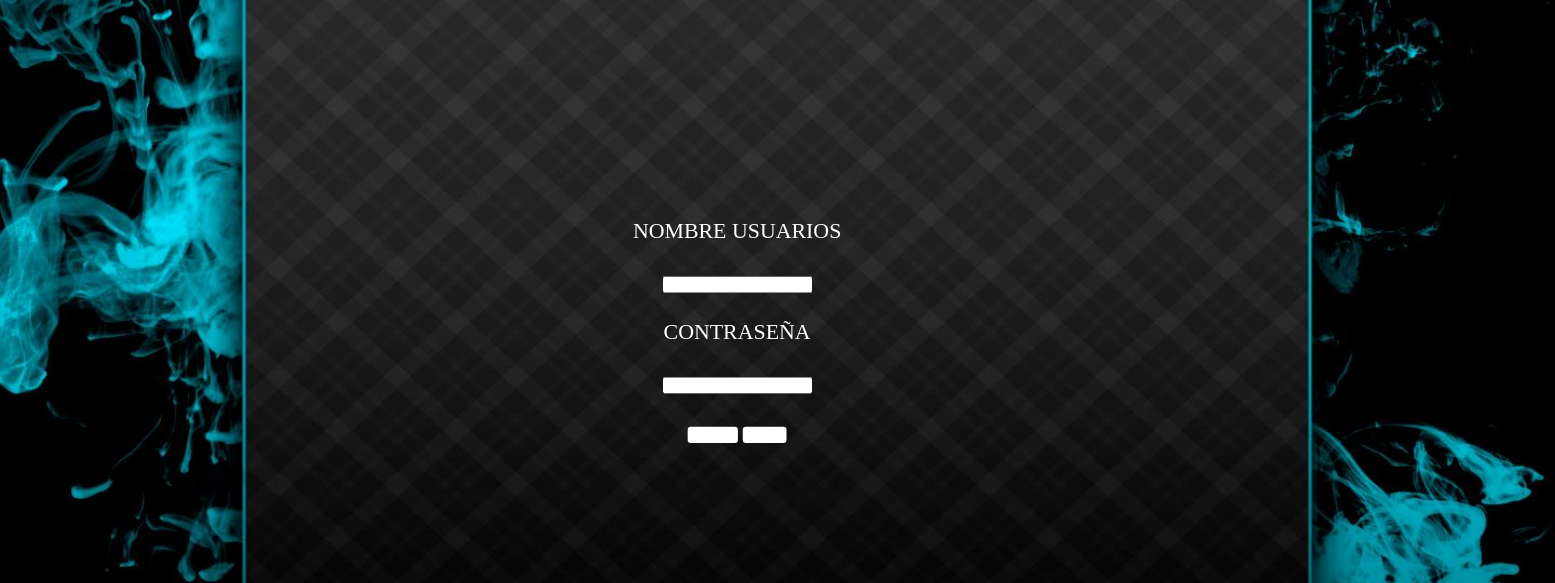
Repository: Gr0ot2/testing
Page: http://localhost/proyecto/acceso_pupilaje.jsp
The author's editor kept a copy of each file at every save. The page is drawn from the files as they stood at one save, then again after the next save.
The browser window is 1920 px wide. The pictures show the whole page, at 81% of full size.
The page is served by Tomcat 9. Other server files are loaded and not shown.

Above is the page before, as saved 2023-05-24 08:01:03.

### proyecto_final/proyecto_final/proyecto/WebContent/acceso_pupilaje.jsp
<%@ page language="java" contentType="text/html; charset=ISO-8859-1"
    pageEncoding="ISO-8859-1"%>
<!DOCTYPE html>
<html>
<head>
<meta charset="ISO-8859-1">
<link href="acceso_pupilaje.css" type="text/css" rel="stylesheet">
<title>Insert title here</title>
</head>
<body>
<form action="acceso_pupilaje" method="post">
<div id="cuestionario">
<label id="label">NOMBRE USUARIOS</label>
<br><br>
<input name="user" type="text"/>
<br><br>
<label id="label">CONTRASEÑA</label>
<br><br>
<input name="password" type="text"/>
<br></br>
 <input name="enviar" type="submit" class="button"/>
 <input name="reset" type="reset" class="button"/>
 </div>
</form>


</body>
</html>

### proyecto_final/proyecto_final/proyecto/WebContent/acceso_pupilaje.css
@charset "ISO-8859-1";
@charset "ISO-8859-1";
@media screen and (max-width: 780px) {
body {
 background-image:url("img/fondo-de-caballos-jugando (1).jpg");

   background-size: cover;
  background-repeat: no-repeat;
  background-position: center top;
    text-decoration: none;
    padding: 20px;
    font-size: 20px;
    text-align: center;
}

#cuestionario{
bottom: 125px;
}

}
@media screen and (min-width:1900px) {
body{
  background-image: url("img/fondo_login.jpg");
  background-position: center top;
  background-repeat: no-repeat;
  background-attachment: fixed;
  background-size: cover;
  margin: 0; /* Asegura que no haya margen en el cuerpo de la página */
  padding: 0; /* Asegura que no haya relleno en el cuerpo de la página */
  text-decoration: none;
    padding: 20px;
    font-size: 20px;
    text-align: center;
    left: 50px;

}

#cuestionario{
position: relative;
top: 250px;
right: 50px;
font-size: 27px;
color: white;
}
.button{
 background-color: white;
  color: #fff;
  border: none;
  border-radius: 4px;
  font-size: 16px;
  cursor: pointer;
}

  }
@media screen and (max-width:1300px) {
body{
  background-image: url("img/fondo_login.jpg");
  background-position: center center;
  background-repeat: no-repeat;
  background-attachment: fixed;
  background-size: cover;
  margin: 0; /* Asegura que no haya margen en el cuerpo de la página */
  padding: 0; /* Asegura que no haya relleno en el cuerpo de la página */
  text-decoration: none;
    padding: 20px;
    font-size: 20px;
    text-align: center;
    left: 50px;

}

#cuestionario{
position: relative;
top: 450px;
right: 15px;
font-size: 25px;
}

  }

After the next save:
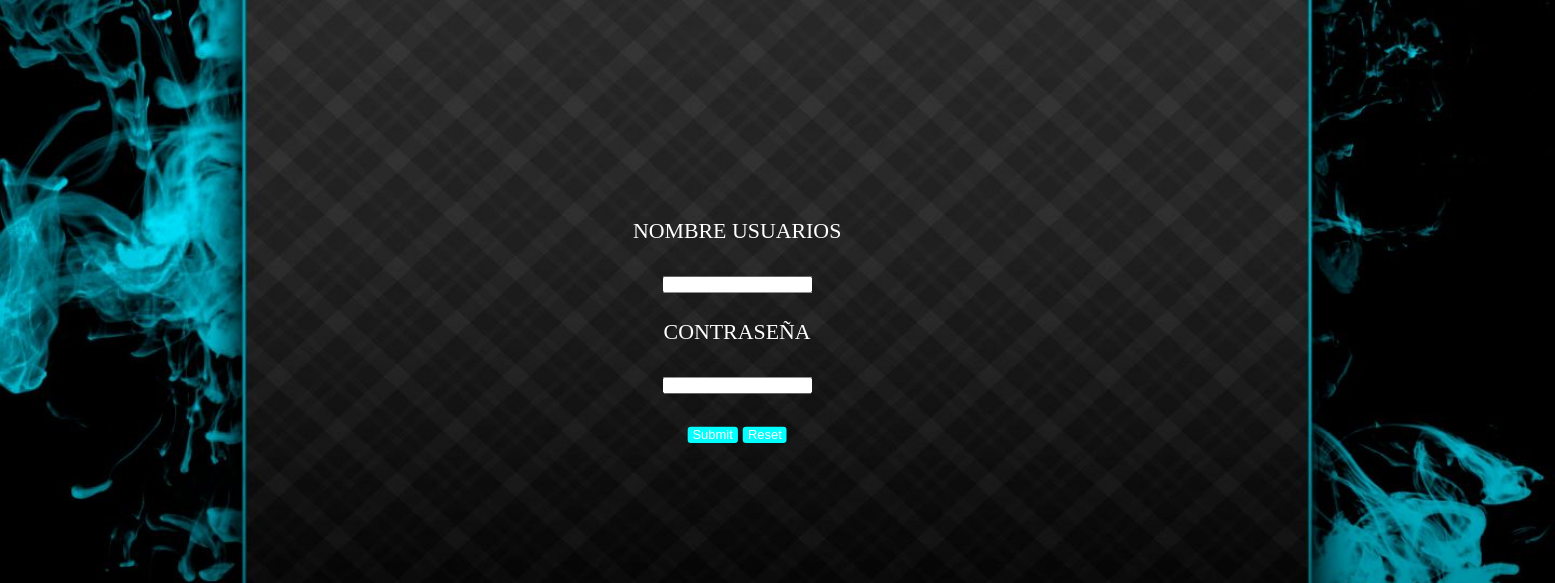
Saved 14 s later.
--- a/proyecto_final/proyecto_final/proyecto/WebContent/acceso_pupilaje.css
+++ b/proyecto_final/proyecto_final/proyecto/WebContent/acceso_pupilaje.css
@@ -43,7 +43,7 @@ font-size: 27px;
 color: white;
 }
 .button{
- background-color: white;
+ background-color: aqua;
   color: #fff;
   border: none;
   border-radius: 4px;
